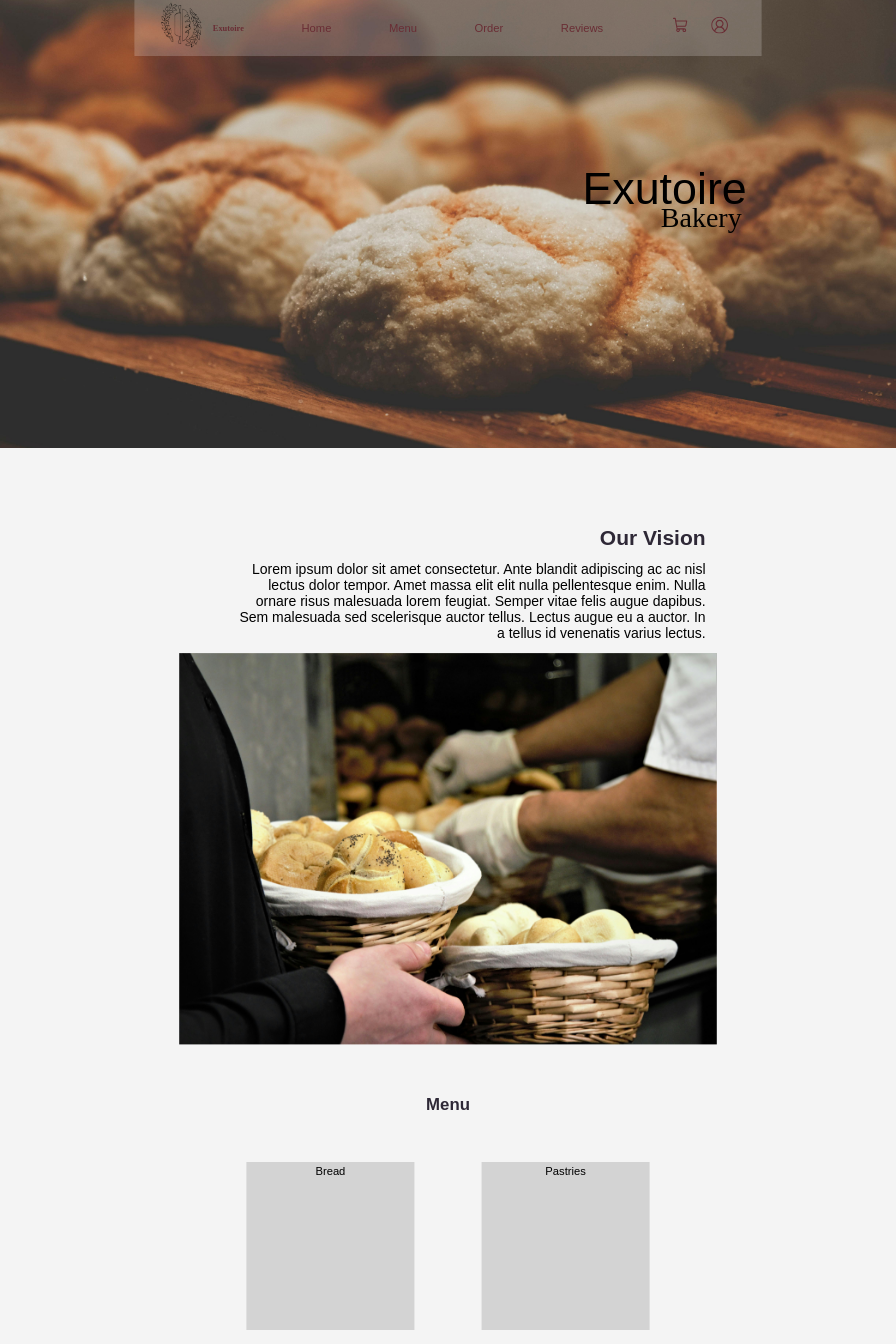
Repository: MelissaJacobi/COMP3170-final-proj
Page: /
An editor plug-in stored every save of this project. The page is shown before and after the next save, followed by the edit.
The browser window is 1280 px wide. The pictures show the part of the page from y = 0 to 1920 px (the page is 2721 px tall), at 70% of full size.
The project was rebuilt for these pictures with package versions that can differ from the ones it lists, and the page was loaded fresh each time. Also part of the build but not shown: vite.config.js, src/pages/ShoppingCart.module.css, src/components/ShoppingCartCard.module.css, src/components/ShoppingCartCard.jsx, src/components/OrderTotal.jsx, src/pages/ShoppingCart.jsx, src/pages/Profile.module.css, src/pages/Profile.jsx and 27 more.

Above is the page before, as saved 2024-11-09 17:55:23.

After the next save:
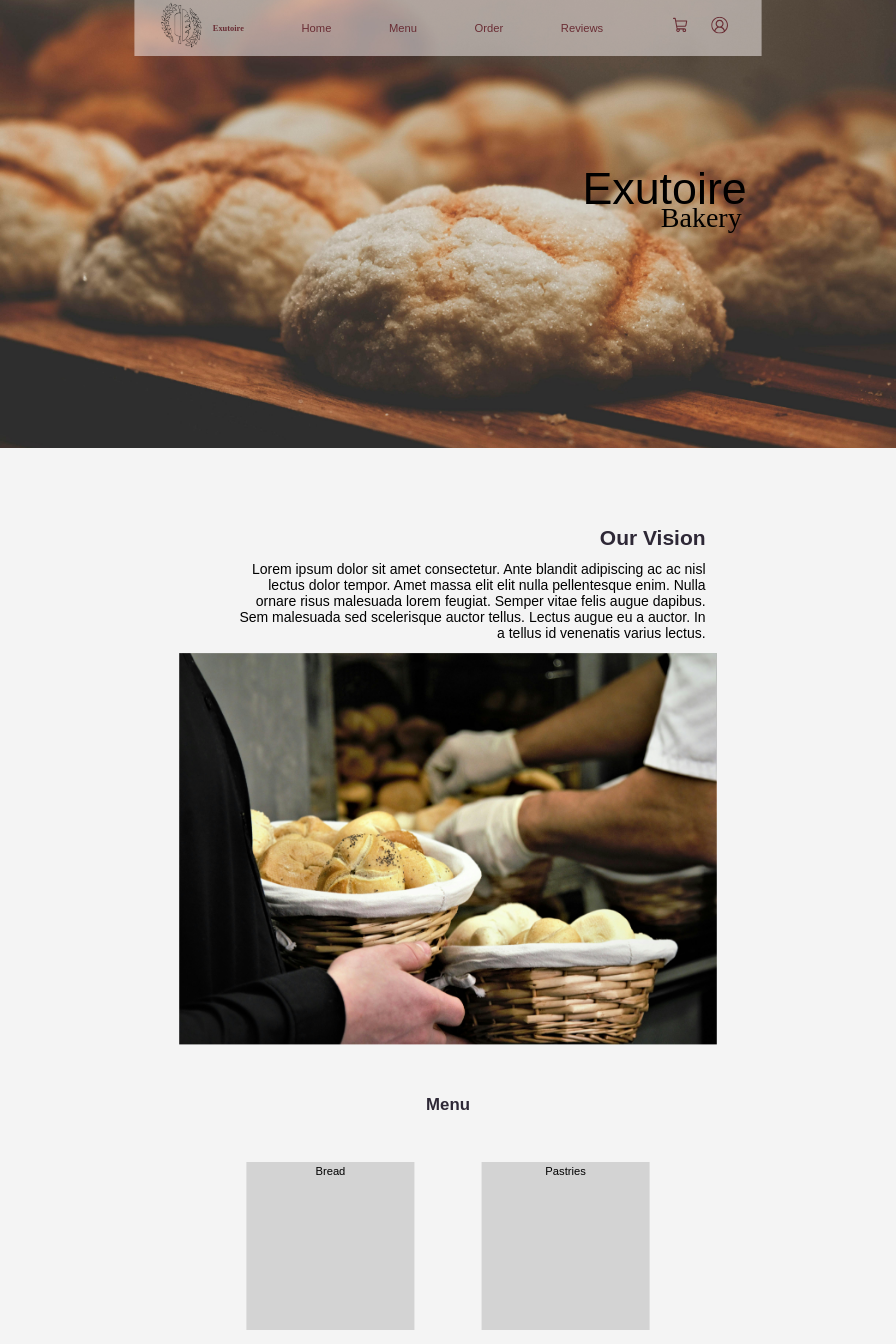
Saved 15 s later.
--- a/src/components/Header.module.css
+++ b/src/components/Header.module.css
@@ -1,5 +1,5 @@
 .container {
-    background-color: rgba( 255, 250, 250, 0.2);
+    background-color: rgba( 255, 250, 250, 0.5);
     width: 100%;
     height: 5rem;
     display: flex;
